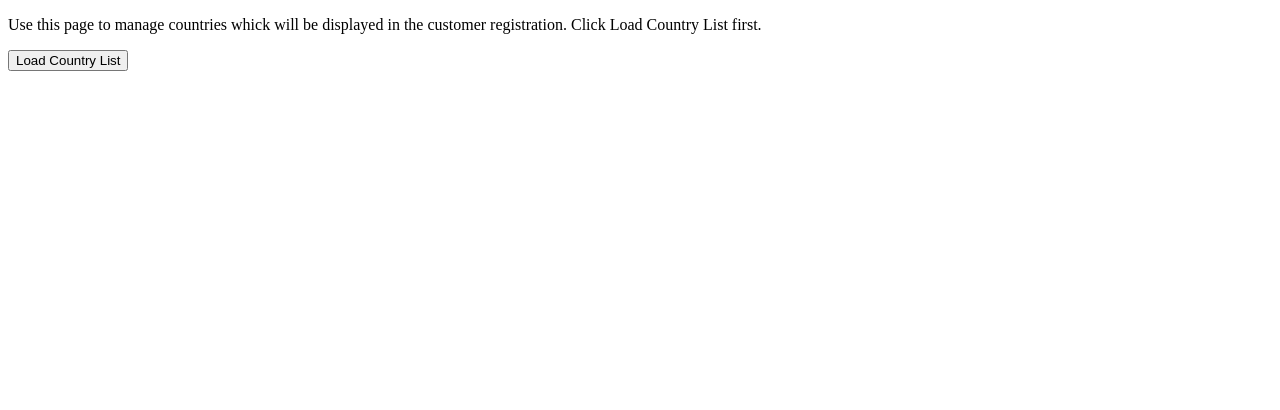
Repository: theAnh-js/Spring-Boot-E-commerce
Page: http://localhost/settings/states
These files come from the project's save history. The page is drawn as it stood at one moment and after the next save; the edit follows.
The browser window is 1280 px wide. The pictures show the whole page.
The page is this project's Thymeleaf template; nobody is signed in. The template is opened directly, without the code that normally fills it, so the values that code supplies are empty.

Above is the page before, as saved 2024-02-15 03:46:49.

After the next save:
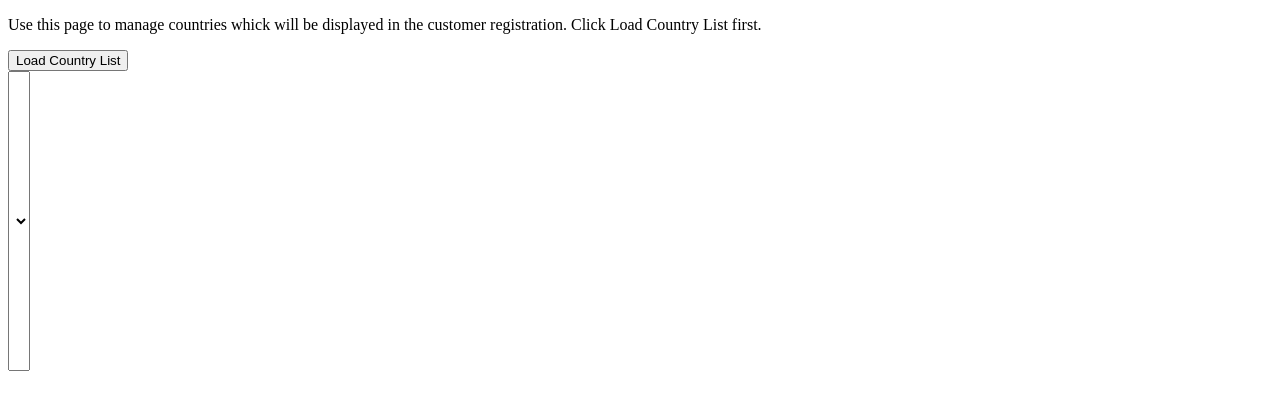
Saved 8 min 41 s later.
--- a/ShopmeProject/ShopmeWebParent/ShopmeBackEnd/src/main/resources/templates/settings/states.html
+++ b/ShopmeProject/ShopmeWebParent/ShopmeBackEnd/src/main/resources/templates/settings/states.html
@@ -11,6 +11,10 @@
 	<div>
 		<input type="button" class="btn btn-primary" value="Load Country List"/>
 	</div>
+	<div>
+		<select class="form-control" style="height: 300px" >
+		</select>
+	</div>
 
 </div>
 </body>
